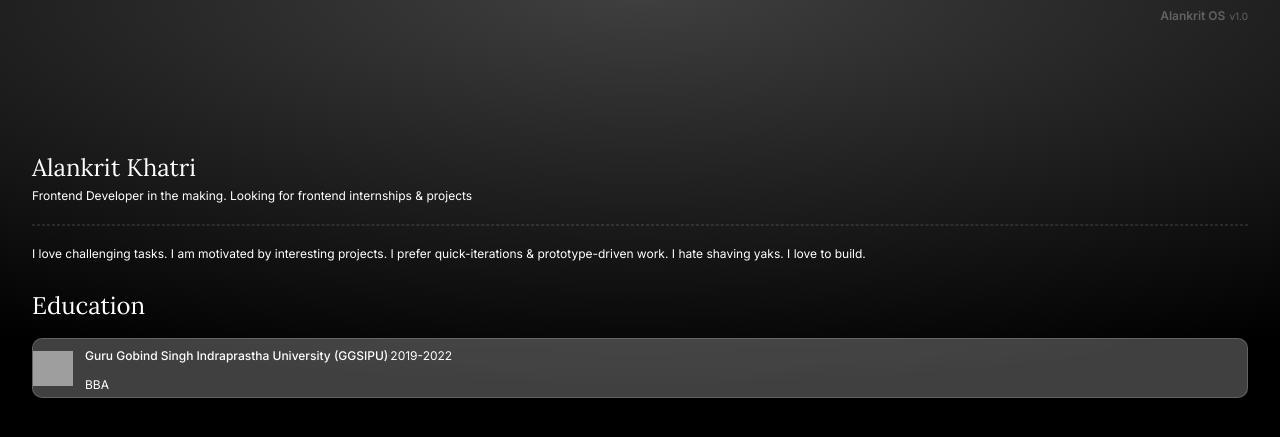
Repository: alankritkhatri/alankrit.xyz
Page: /
These files come from the project's save history. The page is drawn as it stood at one moment and after a run of saves; the edit follows.
The browser window is 1280 px wide. The pictures show the whole page.
Pictures or frames that could not be fetched are drawn as grey boxes. The project was rebuilt for these pictures with package versions that can differ from the ones it lists, and the page was loaded fresh each time. Also part of the build but not shown: vite.config.js, src/blog.jsx.

Above is the page before, as saved 2024-08-11 21:28:46.

### index.html
<!DOCTYPE html>
<html lang="en">
  <head>
    <meta charset="UTF-8" />

    <link rel="icon" type="image/svg+xml" href="/vite.svg" />
    <link rel="preconnect" href="https://fonts.googleapis.com" />
    <link rel="preconnect" href="https://fonts.gstatic.com" crossorigin />
    <link
      href="https://fonts.googleapis.com/css2?family=Inter:wght@100..900&display=swap"
      rel="stylesheet"
    />

    <link
      href="https://fonts.googleapis.com/css2?family=Lora:ital,wght@0,400..700;1,400..700&display=swap"
      rel="stylesheet"
    />
    <!-- Linkedin link -->
    <script
      src="https://platform.linkedin.com/badges/js/profile.js"
      async
      defer
      type="text/javascript"
    ></script>
<meta name="viewport" content="width=device-width, initial-scale=1.0">
    <title>AlankritOS</title>
  </head>
  <body>
    <div id="root"></div>
    <script type="module" src="/src/main.jsx"></script>
  </body>
</html>

### src/App.jsx
import "./App.css";
import { BrowserRouter as Router, Routes, Route, Link } from "react-router-dom";
import Blog from "./blog";
import Home from "./pages/Home/Home";
const App = () => {
  return (
    <div className="main">
      <Router>
        <Link to="/">
          <div className="logo">
            <h1>Alankrit OS</h1>
            <span>v1.0</span>
          </div>
        </Link>
        <Routes>
          <Route path="/" element={<Home />} />
          <Route path="blog" element={<Blog />} />
        </Routes>
      </Router>
    </div>
  );
};

export default App;

### src/App.css
* {
  margin: 0px;
  padding: 0px;
  box-sizing: border-box;
  font-family: Inter, Haettenschweiler, "Arial Narrow Bold", sans-serif;
}

body,html{
  min-height: 100vh;
background: radial-gradient(100% 400px at 50% -10px, #404040, #000000);
background-repeat: no-repeat;
}
.main {
  h1 {
    line-height: 32px;
  }
  h2 {
    line-height: 24px;
  }
  h3 {
    line-height: 16px;
  }
  p {
    line-height: 24px;
  }
  color: white;

  padding: 0px 32px;
  a {
    text-decoration: none;
  }
  .logo {
    color: rgba(126, 121, 121, 0.726);
    display: flex;
    align-items: center;
    justify-content: flex-end;
    gap: 4px;

    font-family: monospace;
    animation: flicker 2s infinite;
    h1 {
      font-size: 12px;
      font-weight: 600;
    }
    span {
      font-size: 10px;
      font-weight: 400;
    }
  }
}
/* logo flickr animation */
@keyframes flicker {
  0% {
    opacity: 0;
  }
  9% {
    opacity: 0;
  }
  10% {
    opacity: 0.5;
  }
  13% {
    opacity: 0;
  }
  20% {
    opacity: 0.5;
  }
  25% {
    opacity: 1;
  }
}

### src/pages/Home/Home.jsx
import Infosection from "../../components/Info-Section/Infosection.jsx";
import "./Home.css";
import data from "../../alankrit_data/data.json";
const Home = () => {
  return (
    <div className="home">
      <div
        className="badge-base LI-profile-badge"
        data-locale="en_US"
        data-size="medium"
        data-theme="dark"
        data-type="VERTICAL"
        data-vanity="alankrit-khatri"
        data-version="v1"
      >
        {" "}
        </div>

      <div className="about-section">
        <h1 className="name">Alankrit Khatri</h1>
        <p>
          Frontend Developer in the making. Looking for frontend internships &
          projects
        </p>
        <div className="dashed-line"></div>
        <p>
          I love challenging tasks. I am motivated by interesting projects. I
          prefer quick-iterations & prototype-driven work. I hate shaving yaks.
          I love to build.
        </p>
      </div>
      <div className="education-section">
        <h1>Education</h1>
        <Infosection {...data} />




        {console.log(data)}
      </div>
    </div>
  );
};

export default Home;

### src/components/Info-Section/Infosection.jsx
import "./infoSection.css";
const Infosection = (props) => {
  return (
    <>
      <div className="infosection-details">
        <img
          src={props[0].educationDetails.bachelors.logo}
          alt=""
          style={{ width: "40px", height: "35px" }}
        />
        <div className=" infosection-info">
          <div className="infosection-info-top ">
            <h2 style={{ opacity: "1", fontWeight: "500" }}>
              {props[0].educationDetails.bachelors.schoolName}
            </h2>
            <div className="dashed-line"></div>
            <h2> {props[0].educationDetails.bachelors.schoolYears} </h2>
          </div>

          <div className="infosection-info-bottom">
            <h2> {props[0].educationDetails.bachelors.course}</h2>
          </div>
        </div>
      </div>
    </>
  );
};

export default Infosection;

### src/pages/Home/Home.css
.home {
  margin: 96px 0px;
  display: flex;
  flex-direction: column;
  gap: 24px;
  /* dashed line  */
  .dashed-line {
    margin: 16px 0px;
    opacity: 0.1;
    border-width: 1px;
    border-style: dashed;
    color: rgb(255 255 255);
  }
  .hide {
    display: none;
  }
  h1 {
    font-family: "Lora", serif;
    font-size: 24px;
    font-weight: 400;
  }
  h2 {
    font-size: 12px;
    font-style: normal;
    font-weight: 400;
  }
  h3 {
    font-size: 10px;
    font-style: normal;
    font-weight: 300;
  }
  p {
    font-size: 12px;
  }
  .about-section {
    display: flex;
    flex-direction: column;
    .name {
      line-height: 32px;
    }
  }
}

### src/alankrit_data/data.json
[
  {
    "educationDetails": {
      "className": "education-details",
      "bachelors": {
        "schoolName": "Guru Gobind Singh Indraprastha University (GGSIPU)",
        "schoolYears": "2019-2022",
        "course": "BBA",
        "logo": "https://encrypted-tbn0.gstatic.com/images?q=tbn:ANd9GcRM9GNTFenU_T9caTwA63o86iaVHMnf9eeEPw&s"
      },
      "masters": {
        "schoolName": "Guru Gobind Singh Indraprastha University (GGSIPU)",
        "schoolYears": "2019-2022",
        "logo": "https://encrypted-tbn0.gstatic.com/images?q=tbn:ANd9GcRM9GNTFenU_T9caTwA63o86iaVHMnf9eeEPw&s"
      }
    }
  }
]

### src/components/Info-Section/infoSection.css
.infosection-details {
  background: rgba(255, 255, 255, 0.25);
  -webkit-backdrop-filter: blur(4px);
  border-radius: 10px;
  border: 1px solid rgba(255, 255, 255, 0.18);
  backdrop-filter: blur(10px);
  backdrop-filter: saturate(180%) blur(10px);
  display: flex;
  align-items: center;
  gap: 12px;
  margin: 16px 0px;

  .infosection {
    width: 100%;
    min-width: 80%;
    * {
      line-height: 16px;
    }
    h3 {
      letter-spacing: -0.26px;
      opacity: 0.5;
    }
    h2 {
      opacity: 0.5;
    }
  }
  .infosection-info-top {
    display: flex;
    justify-content: space-between;
    align-items: center;
  }
}

Loaded but not shown: src/main.jsx (common file)

After the next 5 saves:
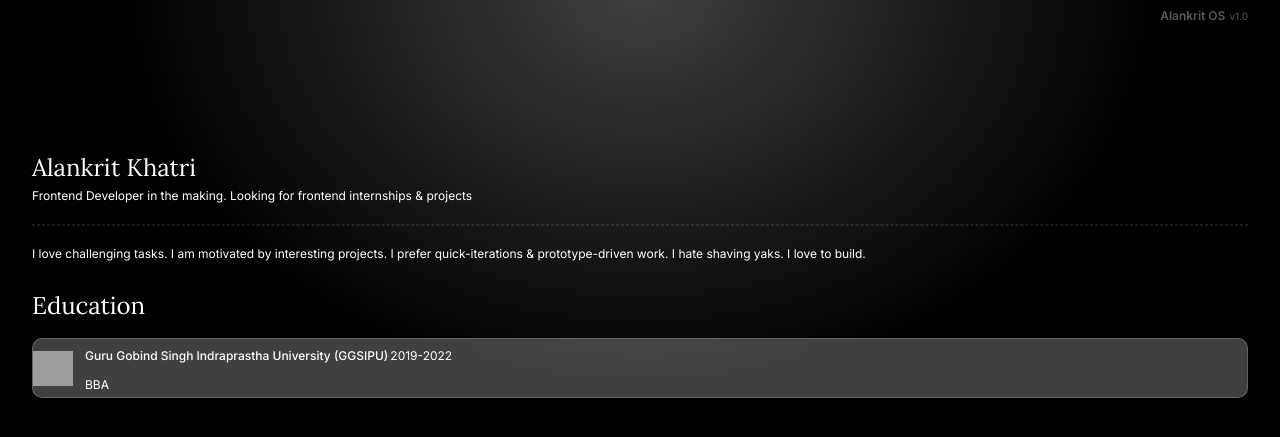
The 5 saves are shown as one change because they came seconds apart.
The last was saved 15 s later.
--- a/src/App.css
+++ b/src/App.css
@@ -7,7 +7,7 @@
 
 body,html{
   min-height: 100vh;
-background: radial-gradient(100% 400px at 50% -10px, #404040, #000000);
+background: radial-gradient(40% 400px at 50% -10px, #404040, #000000);
 background-repeat: no-repeat;
 }
 .main {
